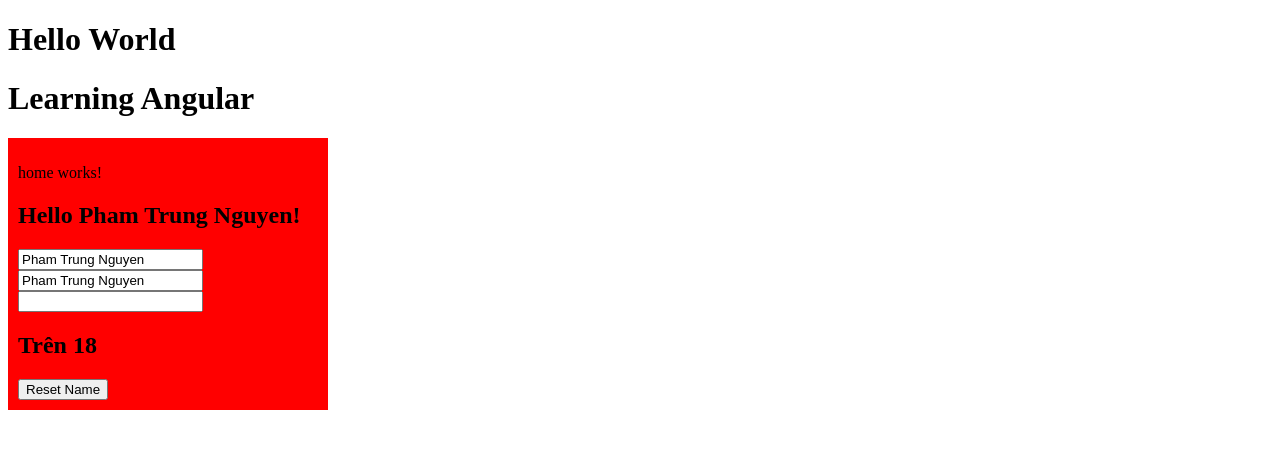
Repository: PhamTrungNguyen/Angular12
Page: / (app in Angular/)
An editor plug-in stored every save of this project. The page is shown before and after the next save, followed by the edit.
The browser window is 1280 px wide. The pictures show the whole page.
The project was rebuilt for these pictures with package versions that can differ from the ones it lists, and the page was loaded fresh each time. Also part of the build but not shown: Angular/angular.json, Angular/src/app/about/about.component.ts.

Above is the page before, as saved 2022-12-31 21:50:01.

After the next save:
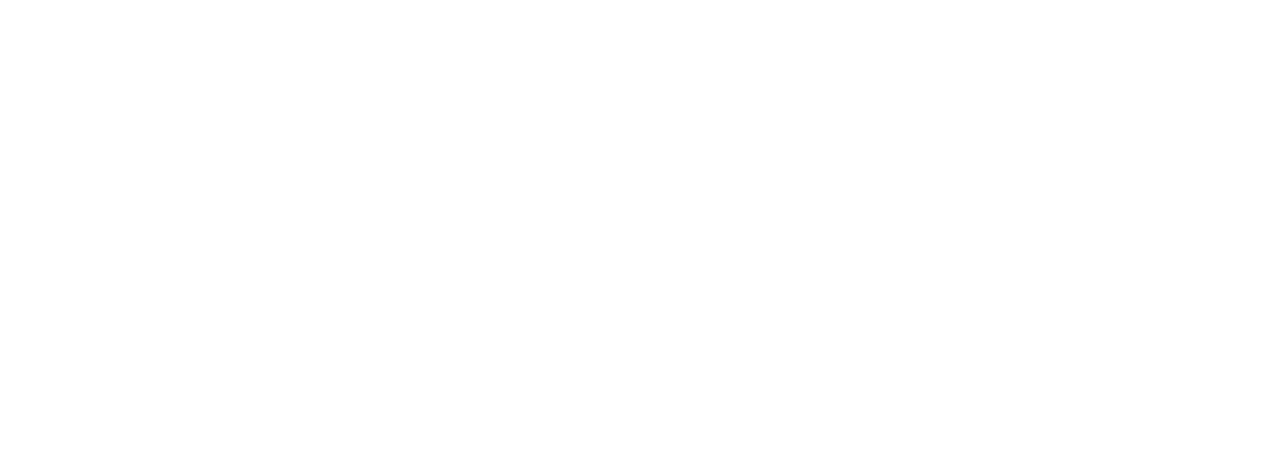
Saved 5 s later.
--- a/Angular/src/app/home/home.component.html
+++ b/Angular/src/app/home/home.component.html
@@ -3,7 +3,7 @@
     <h2>Hello {{name}}!</h2>
     <input type="text" value="{{name}}">
     <input type="text" [value]="name" [title]='"day la " + name'>
-    <input type="text">
+    <input type="text" [(ng)]>
     <h2 *ngIf="age<18">Dưới 18</h2>
     <h2 *ngIf="age>=18">Trên 18</h2>
     <button (click)="resetName()">Reset Name</button>

After the 2 saves that followed:
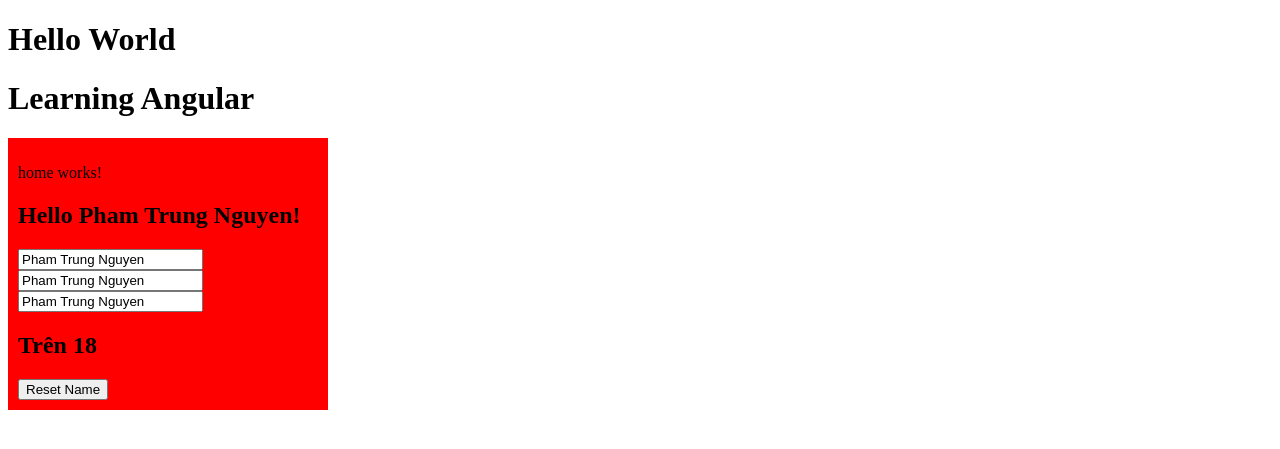
The 2 saves are shown as one change because 1 did not build or start.
The last was saved 37 s later.
--- a/Angular/src/app/app.module.ts
+++ b/Angular/src/app/app.module.ts
@@ -4,10 +4,11 @@
 import { AppRoutingModule } from './app-routing.module';
 import { AppComponent } from './app.component';
 import { HomeComponent } from './home/home.component';
-
+import { AboutComponent } from './about/about.component';
+import { FormsModule } from '@angular/forms';
 @NgModule({
-  declarations: [AppComponent, HomeComponent],
-  imports: [BrowserModule, AppRoutingModule],
+  declarations: [AppComponent, HomeComponent, AboutComponent],
+  imports: [BrowserModule, AppRoutingModule, FormsModule],
   providers: [],
   bootstrap: [AppComponent],
 })
--- a/Angular/src/app/home/home.component.html
+++ b/Angular/src/app/home/home.component.html
@@ -3,7 +3,7 @@
     <h2>Hello {{name}}!</h2>
     <input type="text" value="{{name}}">
     <input type="text" [value]="name" [title]='"day la " + name'>
-    <input type="text" [(ng)]>
+    <input type="text" [(ngModel)]="name">
     <h2 *ngIf="age<18">Dưới 18</h2>
     <h2 *ngIf="age>=18">Trên 18</h2>
     <button (click)="resetName()">Reset Name</button>
